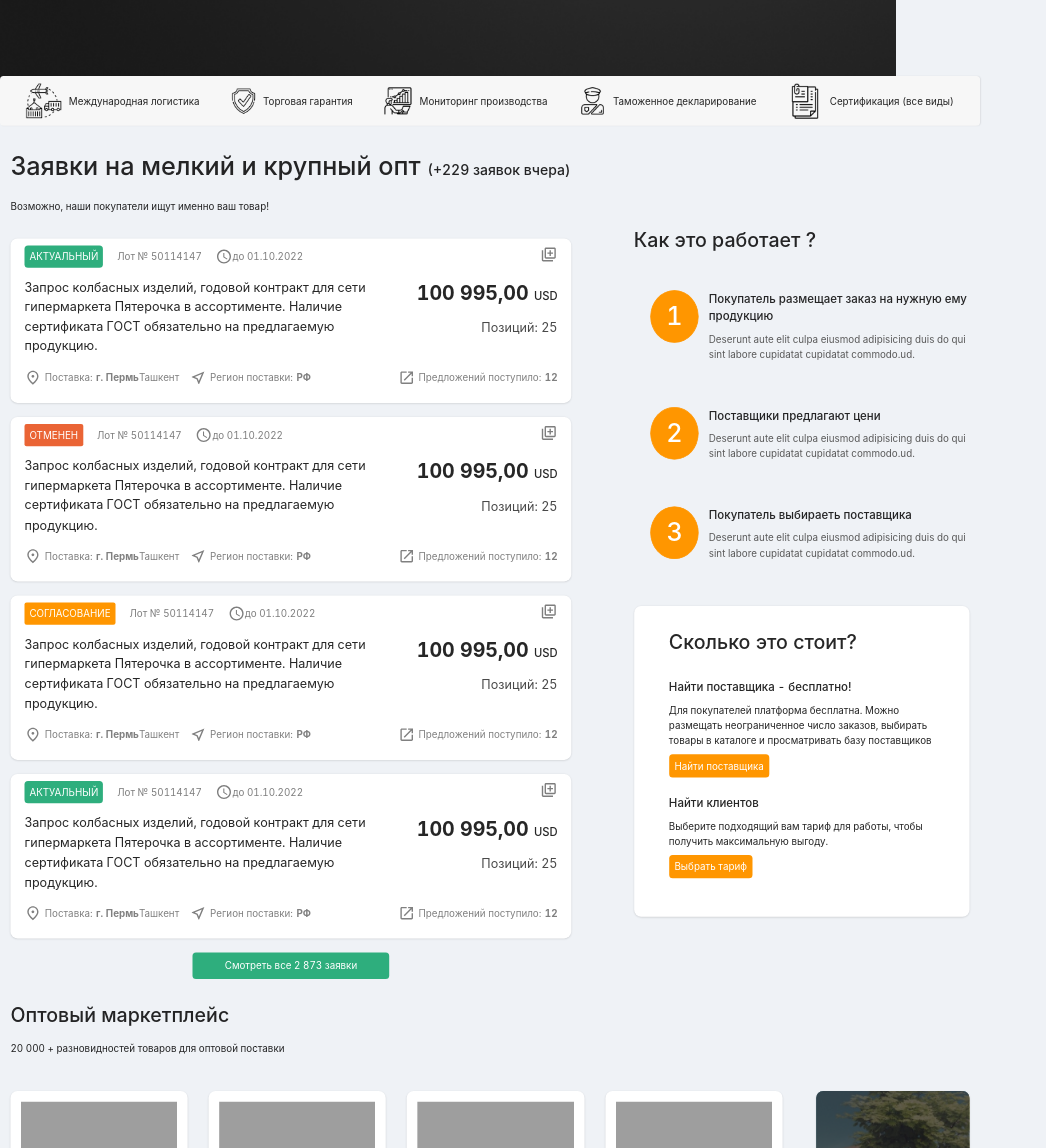
Repository: iDev07/all4uWelcomePage
Page: / (app in all4u.marketplace/)
An editor plug-in stored every save of this project. The page is shown before and after the next save, followed by the edit.
The browser window is 1280 px wide. The page is 1494 px wide, so the pictures cover 1494 px, including what lies to the right of the window. The pictures show the part of the page from y = 592 to 2232 px (the page is 5423 px tall), at 70% of full size.
Pictures or frames that could not be fetched are drawn as grey boxes. The page's requests for data from a server got no answer. Backgrounds fixed to the window are drawn as part of the page. Some web fonts or font styles are not loaded; a fallback is used. The project was rebuilt for these pictures with package versions that can differ from the ones it lists, and the page was loaded fresh each time. The framework's server and built-in components were replaced by stand-ins that run in the browser. No one was signed in, and anything a server would have sent is missing. Also part of the build but not shown: all4u.marketplace/next.config.js, all4u.marketplace/components/MobileFooter.js.

Above is the page before, as saved 2023-05-30 23:22:21.

After the next save:
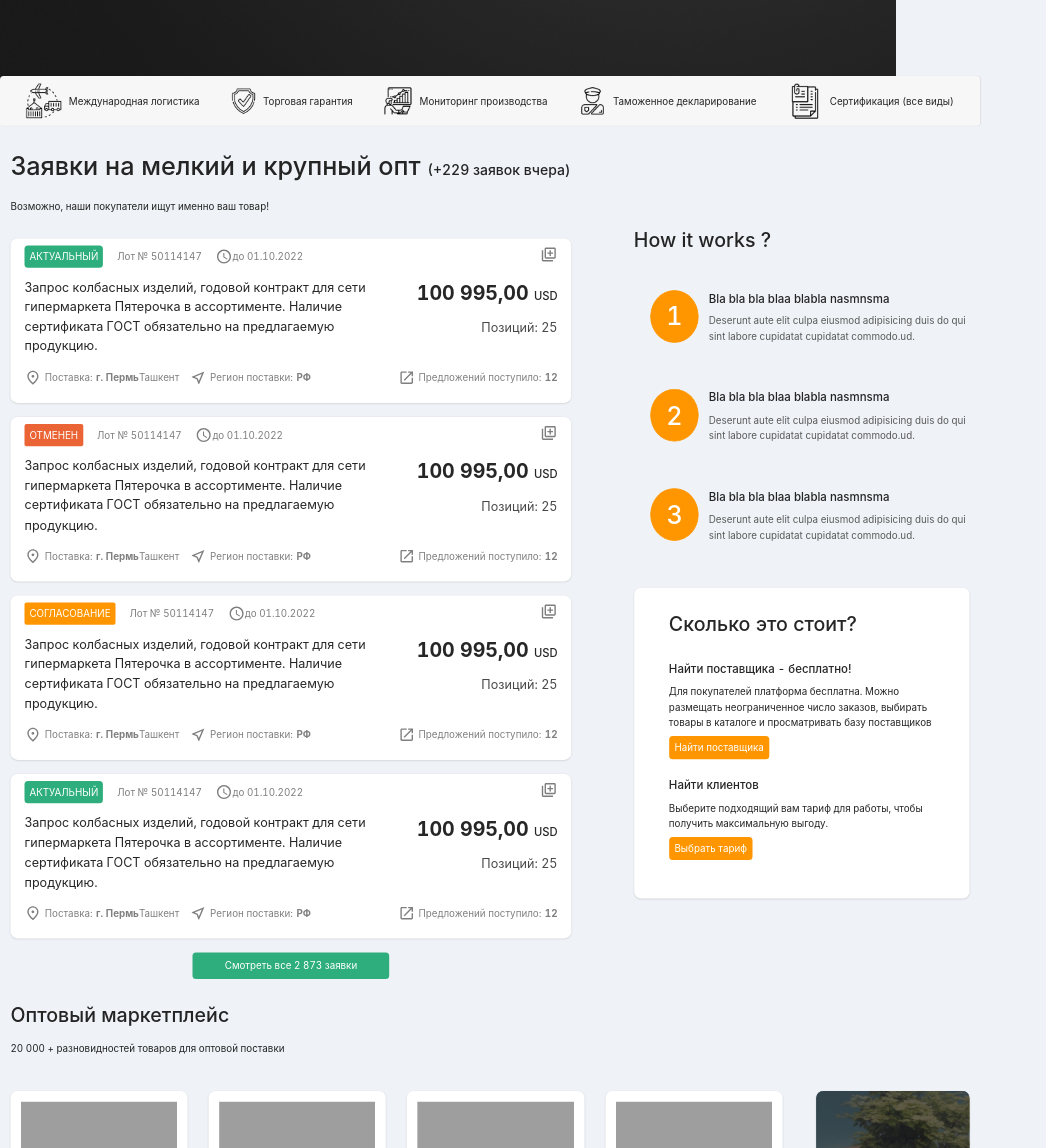
Saved 47 min 35 s later.
--- a/all4u.marketplace/components/Orders.js
+++ b/all4u.marketplace/components/Orders.js
@@ -265,7 +265,7 @@ function Orders() {
           <Fade right>
             <div className="how_it_work">
               <div className="entrence">
-                <h1>Как это работает ?</h1>
+                <h1>How it works ?</h1>
               </div>
               <div className="steps_wrapper">
                 <div className="steps">
@@ -273,7 +273,7 @@ function Orders() {
                     <h2>1</h2>
                   </div>
                   <div className="about_step">
-                    <h3>Покупатель размещает заказ на нужную ему продукцию</h3>
+                    <h3>Bla bla bla blaa blabla nasmnsma</h3>
                     <p>
                       Deserunt aute elit culpa eiusmod adipisicing duis do qui
                       sint labore cupidatat cupidatat commodo.ud.
@@ -285,7 +285,7 @@ function Orders() {
                     <h2>2</h2>
                   </div>
                   <div className="about_step">
-                    <h3>Поставщики предлагают цени</h3>
+                    <h3>Bla bla bla blaa blabla nasmnsma</h3>
                     <p>
                       Deserunt aute elit culpa eiusmod adipisicing duis do qui
                       sint labore cupidatat cupidatat commodo.ud.
@@ -297,7 +297,7 @@ function Orders() {
                     <h2>3</h2>
                   </div>
                   <div className="about_step">
-                    <h3>Покупатель выбираеть поставщика</h3>
+                    <h3>Bla bla bla blaa blabla nasmnsma</h3>
                     <p>
                       Deserunt aute elit culpa eiusmod adipisicing duis do qui
                       sint labore cupidatat cupidatat commodo.ud.
